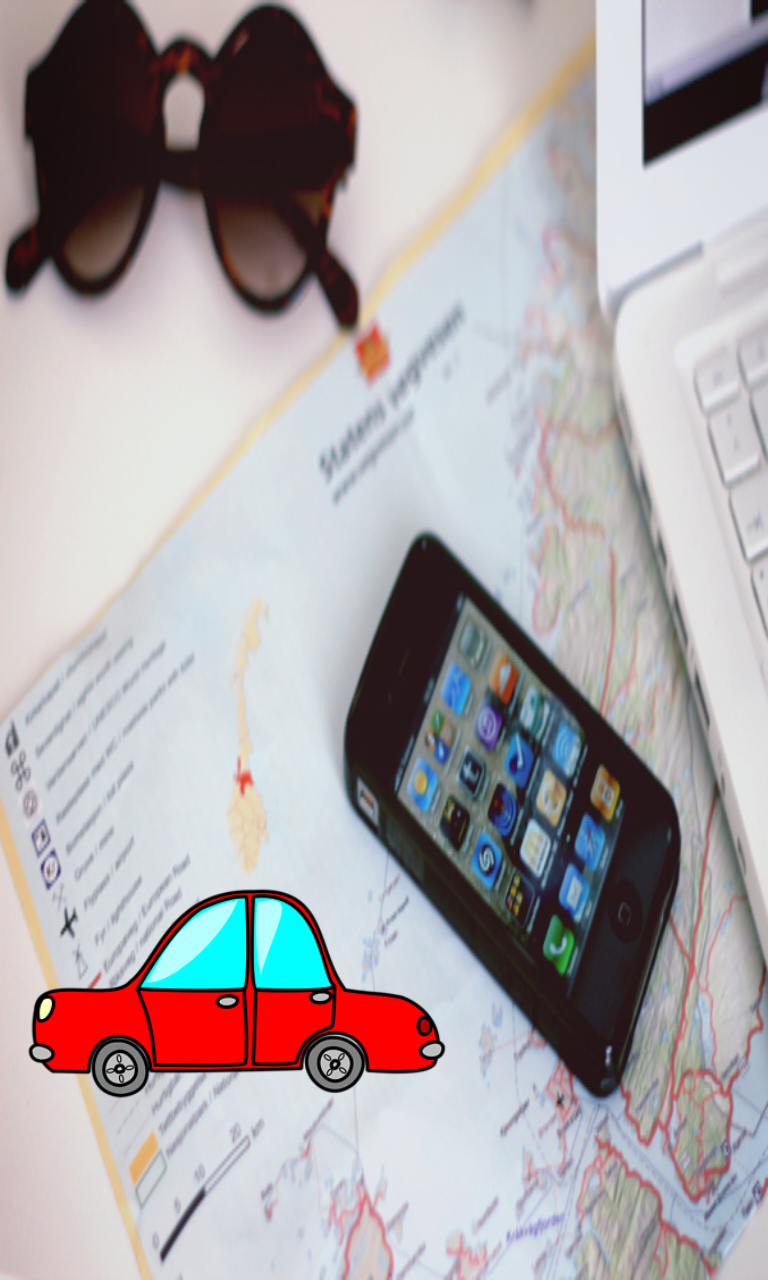
Repository: prernanain27/Android-Travel-Project
Layout: Itravel/res/layout/activity_itravel.xml
These files come from the project's save history. The layout is drawn as it stood at one moment and after the next save; the edit follows.
It is drawn on a 768 x 1280 px phone screen (xhdpi) without system bars, with theme AppTheme; the app's code is not run.

Above is the layout before, as saved 2013-09-21 03:55:52.

After the next save:
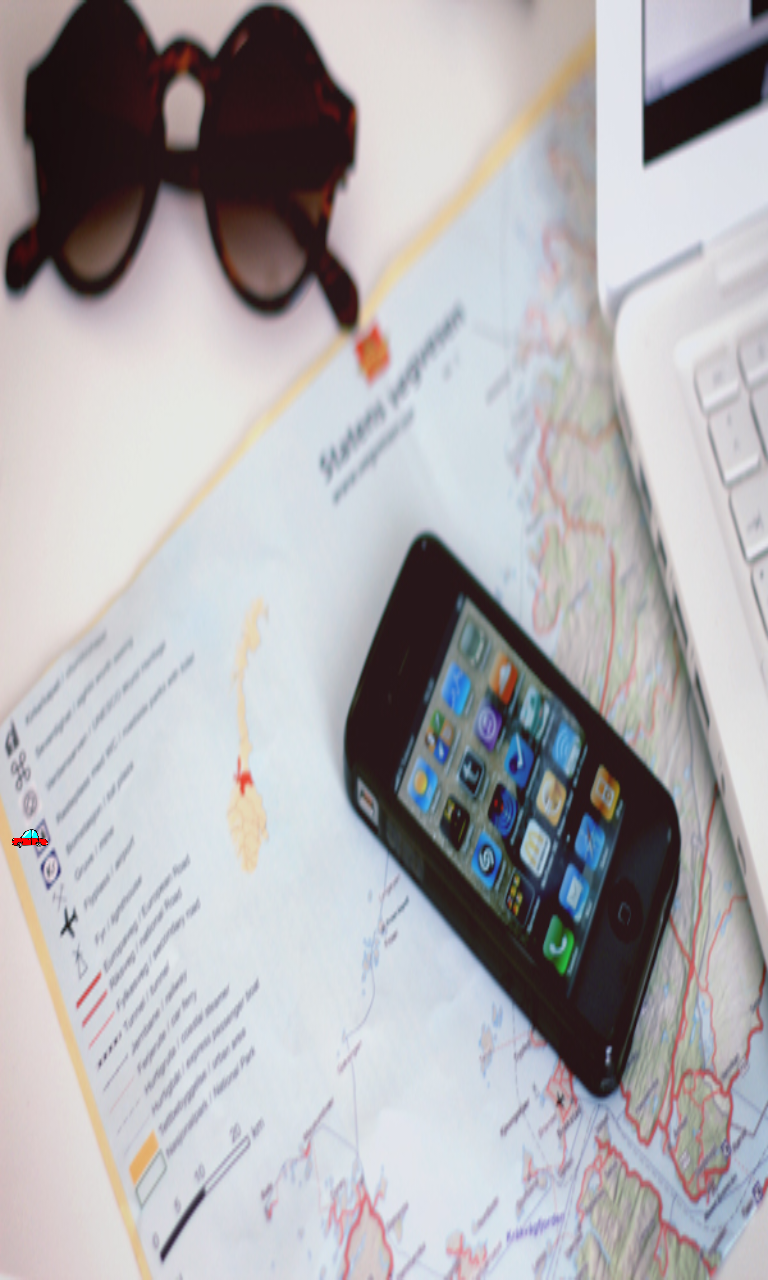
Saved 62 s later.
--- a/Itravel/res/layout/activity_itravel.xml
+++ b/Itravel/res/layout/activity_itravel.xml
@@ -7,11 +7,10 @@
 
     <ImageView
         android:id="@+id/imageView1"
-        android:layout_width="227dp"
+        android:layout_width="20"
         android:layout_height="100dp"
         android:layout_marginLeft="05dp"
         android:layout_marginTop="370dp"
-        android:layout_weight="0.11"
         android:src="@drawable/car" />
 
 </LinearLayout>
